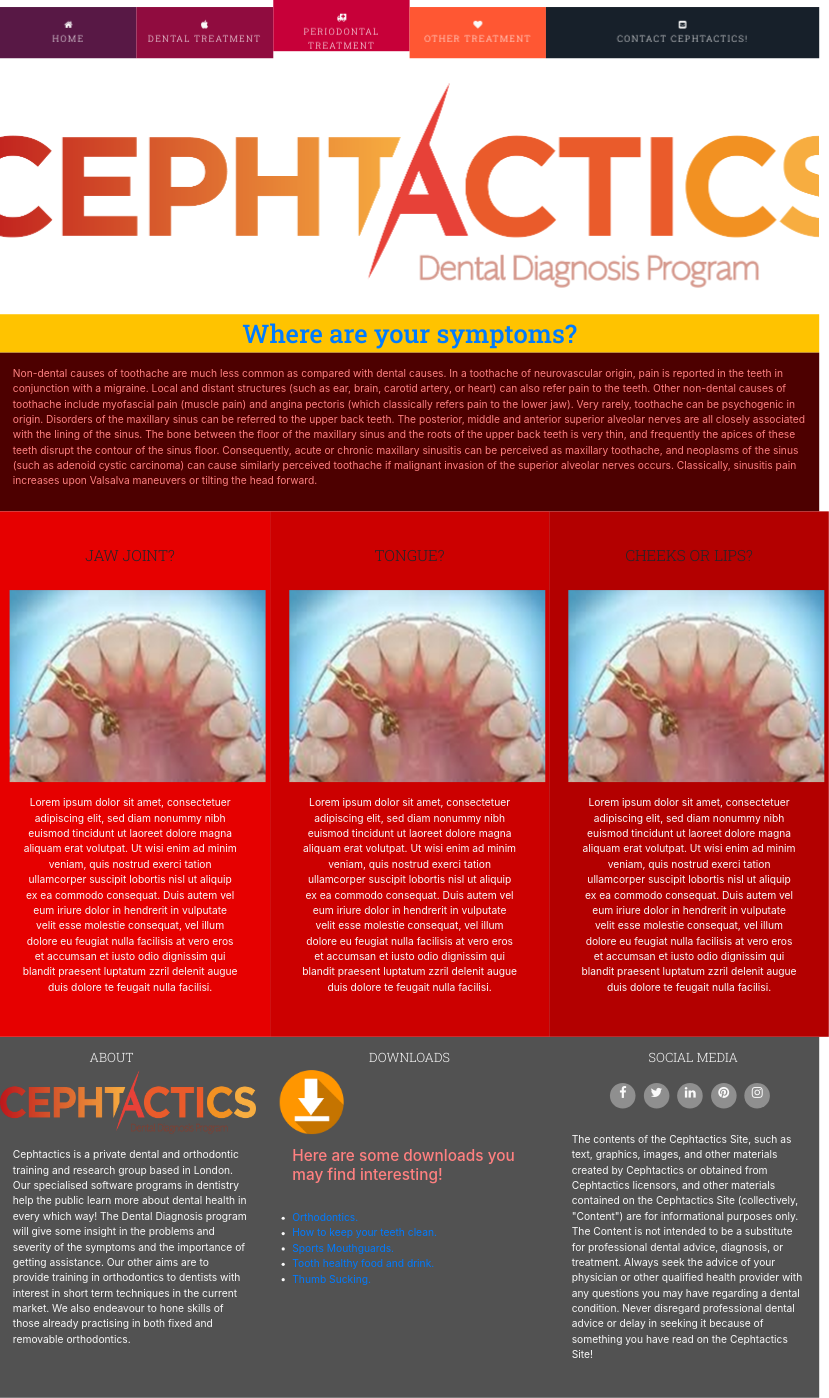
Repository: Code-Institute-Submissions/Rajjabbal-milestone-project
Page: 3other.html
The author's editor kept a record of every edit. The page is drawn from the files as they stood at one moment, then again after the next edit.
The browser window is 1280 px wide. The page is 1295 px wide, so the pictures cover 1295 px, including what lies to the right of the window. The pictures show the whole page, at 64% of full size.
Some web libraries are served in a nearby version.

Above is the page before.

### 3other.html
<!DOCTYPE html>
<html lang="en">

<head>
    <meta charset="UTF-8">
    <meta name="viewport" content="width=device-width, initial-scale=1.0">
    <meta http-equiv="X-UA-Compatible" content="ie=edge">
    <link rel="stylesheet" href="https://stackpath.bootstrapcdn.com/bootstrap/4.2.1/css/bootstrap.min.css" type="text/css" />
    <link rel="stylesheet" href="https://stackpath.bootstrapcdn.com/font-awesome/4.7.0/css/font-awesome.min.css" type="text/css" />
    <link rel="stylesheet" href="assets/css/style.css" type="text/css" />
    <link rel="stylesheet" href="https://cdnjs.cloudflare.com/ajax/libs/hover.css/2.3.1/css/hover-min.css" type="text/css" />
    <title>Milestone Project 1</title>
</head>

<body>
    <header>
        <div class="row no-gutters">
            <div class="col-md-12">
                <ul id="nav" class="list-inline menucontainer">
                    <li class="col-sm-2 ui-menu-color-home list-inline-item menuitem">
                        <a href="#" class="hvr-sweep-to-bottom"><i class="fa fa-home" aria-hidden="true"></i><span>Home</span>
                        </a>
                    </li>
                    <li class="col-sm-2 ui-menu-color-dental list-inline-item menuitem">
                        <a href="#" class="hvr-sweep-to-bottom"><i class="fa fa-apple" aria-hidden="true"></i><span>Dental Treatment</span>
                        </a>
                    </li>
                    <li class="col-sm-2 ui-menu-color-periodontal list-inline-item menuitem">
                        <a href="#" class="hvr-sweep-to-bottom"><i class="fa fa-ambulance" aria-hidden="true"></i><span>Periodontal Treatment</span>
                        </a>
                    </li>
                    <li class="col-sm-2 ui-menu-color-other list-inline-item menuitem">
                        <a href="#" class="hvr-sweep-to-bottom"><i class="fa fa-heart" aria-hidden="true"></i><span>Other Treatment</span>
                        </a>
                    </li>
                    <li class="col-sm-4 ui-menu-color-contact list-inline-item menuitem">
                        <a href="#" class="hvr-sweep-to-bottom"><i class="fa fa-envelope-square" aria-hidden="true"></i><span>Contact Cephtactics!</span>
                        </a>
                    </li>
                </ul>
            </div>
        </div>
        <div class="row no-gutters">
            <a href="index.html" class="col-md-12 logo"></a>
        </div>
        <div class="row no-gutters bg-color-question">
            <div class="col-md-12 question">
                <a href="question"> Where are your symptoms?</a>
            </div>
        </div>

    </header>

    <section class="container-fluid">
        <div class="blurb">
            <p>Non-dental causes of toothache are much less common as compared with dental causes. In a toothache of neurovascular origin, pain is reported in the teeth in conjunction with a migraine. Local and distant structures (such as ear, brain, carotid
                artery, or heart) can also refer pain to the teeth. Other non-dental causes of toothache include myofascial pain (muscle pain) and angina pectoris (which classically refers pain to the lower jaw). Very rarely, toothache can be
                psychogenic in origin. Disorders of the maxillary sinus can be referred to the upper back teeth. The posterior, middle and anterior superior alveolar nerves are all closely associated with the lining of the sinus. The bone between
                the floor of the maxillary sinus and the roots of the upper back teeth is very thin, and frequently the apices of these teeth disrupt the contour of the sinus floor. Consequently, acute or chronic maxillary sinusitis can be perceived as
                maxillary toothache, and neoplasms of the sinus (such as adenoid cystic carcinoma) can cause similarly perceived toothache if malignant invasion of the superior alveolar nerves occurs. Classically, sinusitis pain increases
                upon Valsalva maneuvers or tilting the head forward.
            </p>
        </div>

        <div class="row">
            <div class="col-md-4 bg-color-dental section-column">
                <h4 class="section-heading uppercase">Jaw Joint?</h4>
                <img src="./assets/images/Image.png" alt="Italian Trulli" style="width:400px; height:300px;">
                <p class="inline-block">Lorem ipsum dolor sit amet, consectetuer adipiscing elit, sed diam nonummy nibh euismod tincidunt ut laoreet dolore magna aliquam erat volutpat. Ut wisi enim ad minim veniam, quis nostrud exerci tation ullamcorper suscipit lobortis nisl
                    ut aliquip ex ea commodo consequat. Duis autem vel eum iriure dolor in hendrerit in vulputate velit esse molestie consequat, vel illum dolore eu feugiat nulla facilisis at vero eros et accumsan et iusto odio dignissim qui blandit praesent
                    luptatum zzril delenit augue duis dolore te feugait nulla facilisi.</p>
            </div>
            <div class="col-md-4 bg-color-periodontal section-column">
                <h4 class="section-heading uppercase">Tongue?</h4>
                <img src="./assets/images/Image.png" alt="Italian Trulli" style="width:400px; height:300px;">
                <p class="inline-block">Lorem ipsum dolor sit amet, consectetuer adipiscing elit, sed diam nonummy nibh euismod tincidunt ut laoreet dolore magna aliquam erat volutpat. Ut wisi enim ad minim veniam, quis nostrud exerci tation ullamcorper suscipit lobortis nisl
                    ut aliquip ex ea commodo consequat. Duis autem vel eum iriure dolor in hendrerit in vulputate velit esse molestie consequat, vel illum dolore eu feugiat nulla facilisis at vero eros et accumsan et iusto odio dignissim qui blandit praesent
                    luptatum zzril delenit augue duis dolore te feugait nulla facilisi.</p>
            </div>
            <div class="col-md-4 bg-color-other section-column">
                <h4 class="section-heading uppercase">Cheeks or lips?</h4>
                <img src="./assets/images/Image.png" alt="Italian Trulli" style="width:400px; height:300px;">
                <p class="inline-block">Lorem ipsum dolor sit amet, consectetuer adipiscing elit, sed diam nonummy nibh euismod tincidunt ut laoreet dolore magna aliquam erat volutpat. Ut wisi enim ad minim veniam, quis nostrud exerci tation ullamcorper suscipit lobortis nisl
                    ut aliquip ex ea commodo consequat. Duis autem vel eum iriure dolor in hendrerit in vulputate velit esse molestie consequat, vel illum dolore eu feugiat nulla facilisis at vero eros et accumsan et iusto odio dignissim qui blandit praesent
                    luptatum zzril delenit augue duis dolore te feugait nulla facilisi.</p>
            </div>
        </div>

    </section>

    <footer class="container-fluid">
        <div class="row">
            <div class="col-sm-4">
                <h5 class="uppercase general-sub">About</h5>
                <img src="./assets/images/CEP-Logo DENTAL.png" alt="Italian Trulli" style="width:400px; height:100px;">
                <p class="inline-block">
                    Cephtactics is a private dental and orthodontic training and research group based in London. Our specialised software programs in dentistry help the public learn more about dental health in every which way! The Dental Diagnosis program will give some
                    insight in the problems and severity of the symptoms and the importance of getting assistance. Our other aims are to provide training in orthodontics to dentists with interest in short term techniques in the current market. We also
                    endeavour to hone skills of those already practising in both fixed and removable orthodontics.
                </p>
            </div>
            <div class="col-sm-4">
                <h5 class="uppercase general-sub">Downloads</h5>
                <img src="./assets/images/Download.jpg" alt="Italian Trulli" style="width:100px; height:100px;">
                <h4 class="download">Here are some downloads you may find interesting!
                </h4>
                <ul class="inline-block">
                    <li>
                        <a href="https://view.publitas.com/british-orthodontic-society/orthotreatmentfebruary2019/page/1" target="_blank" class="link1">
                        <span>Orthodontics.</span>
                    </a>
                    </li>
                    <li>
                        <a href="https://view.publitas.com/british-orthodontic-society/oralhealthmarch2019/page/1" target="_blank" class="link2">
                        <span>How to keep your teeth clean.</span>
                    </a>
                    </li>
                    <li>
                        <a href="https://view.publitas.com/british-orthodontic-society/mouthguardsmarch2019/page/1" target="_blank" class="link3">
                        <span>Sports Mouthguards.</span>
                    </a>
                    </li>
                    <li>
                        <a href="https://view.publitas.com/british-orthodontic-society/food-and-drinkmarch2019/page/1" target="_blank" class="link4">
                        <span>Tooth healthy food and drink.</span>
                    </a>
                    </li>
                    <li>
                        <a href="https://view.publitas.com/british-orthodontic-society/digitsmarch2019/page/1" target="_blank" class="link5">
                        <span>Thumb Sucking.</span>
                    </a>
                    </li>
                </ul>
            </div>
            <div class="col-sm-4">
                <h5 class="uppercase general-sub">Social Media</h5>
                <ul class="list-inline social-links">
                    <li class="list-inline-item">
                        <a target="_blank" href="#">
                            <i class="fa fa-facebook" aria-hidden="true"></i>
                            <span class="sr-only">Facebook</span>
                        </a>
                    </li>
                    <li class="list-inline-item">
                        <a target="_blank" href="#">
                            <i class="fa fa-twitter" aria-hidden="true"></i>
                            <span class="sr-only">Twitter</span>
                        </a>
                    </li>
                    <li class="list-inline-item">
                        <a target="_blank" href="#">
                            <i class="fa fa-linkedin" aria-hidden="true"></i>
                            <span class="sr-only">Linkedin</span>
                        </a>
                    </li>
                    <li class="list-inline-item">
                        <a target="_blank" href="#">
                            <i class="fa fa-pinterest" aria-hidden="true"></i>
                            <span class="sr-only">Pinterest</span>
                        </a>
                    </li>
                    <li class="list-inline-item">
                        <a target="_blank" href="#">
                            <i class="fa fa-instagram" aria-hidden="true"></i>
                            <span class="sr-only">Instagram</span>
                        </a>
                    </li>
                </ul>
                <p class="inline-block">The contents of the Cephtactics Site, such as text, graphics, images, and other materials created by Cephtactics or obtained from Cephtactics licensors, and other materials contained on the Cephtactics Site (collectively, "Content") are
                    for informational purposes only. The Content is not intended to be a substitute for professional dental advice, diagnosis, or treatment. Always seek the advice of your physician or other qualified health provider with any questions
                    you may have regarding a dental condition. Never disregard professional dental advice or delay in seeking it because of something you have read on the Cephtactics Site!</p>
            </div>

        </div>

    </footer>

</body>

</html>

### assets/css/style.css
@import url('https://fonts.googleapis.com/css?family=Roboto+Slab:100,200,300,400,500,600,700');

/*-----colors-----*/

.bg-color-question {
    background-color: #FFC300;

}

.ui-menu-color-home {
    background-color: RGB(88, 24, 69);
}

.ui-menu-color-dental {
    background-color: RGB(144, 12, 63);
}

.ui-menu-color-periodontal {
    background-color: RGB(199, 0, 57);
}

.ui-menu-color-other {
    background-color: RGB(255, 87, 51);
}

.ui-menu-color-contact {
    background-color: RGB(23, 32, 42);
}

.bg-color-dental {
    background-color: #e60000;
}
.bg-color-periodontal {
    background-color: #cc0000;
}
.bg-color-other {
    background-color: #b30000;
}

/*-----Special paddings/margins/text-----*/

h1,
h2,
h3,
h4 {
    margin: 0;
}

.uppercase {
    text-transform: uppercase;

}

.general-sub {
    font-family: "Roboto Slab", sans-serif;
    font-weight: 300;
    color: #fafafa;
    padding-left: 140px;
}

.inline-block {
    display: inline-block;
}

.row-table {
    display: table;
}

.section-column {
    display: table-cell;
    padding: 30px 30px;
    float: none;
}

.section-heading {
    font-family: "Roboto Slab", sans-serif;
    font-weight: 300;
    margin-top: 25px;
    margin-bottom: 40px;
}

/*-----heading-----*/

header {
    margin: 0px;
}


.list-inline-item {
    max-height: 80px;
    padding-top: 20px;


}

.menucontainer {
    font-size: 0;

}

#nav {
    margin: 0;
}

#nav li {
    font-size: 14px;
    font-family: "Roboto Slab", sans-serif;
    color: #DAF7A6;
    padding: 0px;
    margin: 0px;
}

.menuitem {
    height: 80px;
    text-align: center;


}

.menuitem a {
    width: 100%;
    text-decoration: none;
    color: #fff;

}

.menuitem a i {
    padding-top: 20px;
    display: block;
    color: #fafafa;

}

.menuitem span {
    display: block;
    width: 100%;
    padding-top: 5px;
    text-align: center;
    text-transform: uppercase;
    font-size: 14px;
    font-weight: 300;
    letter-spacing: 2px;

}



.logo {
    background: url("../images/CEP-Logo DENTAL.png");
    background-position: center;
    background-repeat: no-repeat;
    background-size: 1400px;
    min-height: 400px;
    padding: 0px;
    transition: all .5s ease-in-out;
    -moz-transition: all .5s ease-in-out;
    -webkit-transition: all .5s ease-in-out;
}

.picture {
    background: url("../images/BK.jpg");
    background-position: center;
    background-repeat: no-repeat;
    background-size: cover;
    min-height: 240px;
    transition: all .5s ease-in-out;
    -moz-transition: .5s ease-in-out;
    -webkit-transition: .5s ease-in-out;
}

.question {
    font-family: "Roboto Slab", sans-serif;
    font-weight: 500;
    font-size: 40px;
    margin: 0px;
    color: #ffffff;
    text-align: center;
}

/*-----hover.css-----*/

.hvr-sweep-to-bottom:before {
    background: rgba(0, 0, 0, 1);
    height: 80px;
    padding: 0px;
}

/*-----section-----*/

.container-fluid {
    padding-left: 0px;
    padding-right: 0px;
}

.blurb {
    background-color: #4d0000;
    min-height: 200px;
    padding: 20px;
    color: #ff8080;

}

.section-column {
    text-align: center
}

.form {
    padding: 50px;
}

.query-box {
    background-color: RGB(255, 87, 51);
}

#textboxid
{
    height:200px;
    width: 800px;

}

/*-----footer-----*/

footer {
    padding: 20px;
    background-color: #525252;
    color: #fafafa;
    min-height: 180px;
    margin: 0;
}

.cephtactics {
    padding-left: 20px;
}

.inline-block {
    padding: 20px;
    color: #fafafa;
}

.download {
    padding: 20px;
    color: #ff8080;
}

.download-pic {
    padding-left: 150px;
}

.social-links {
    padding-top: 0px;
    padding-left: 80px;
}

.social-links li a i {
    width: 40px;
    height: 40px;
    padding: 12px 0;
    border-radius: 50%;
    font-size: 20px;
    line-height: 7px;
    text-align: center;
    color: #fafafa;
    background: #8f8f8f;
    transition: all 0.35s ease-in-out;
    -moz-transition: all 0.35s ease-in-out;
    -webkit-transition: all 0.35s ease-in-out;
    -o-transition: all 0.35s ease-in-out;
}

.social-links li a i:hover {
    background: #e84610;
}

#footer-details {
    padding: 20px;
}

After the next edit:
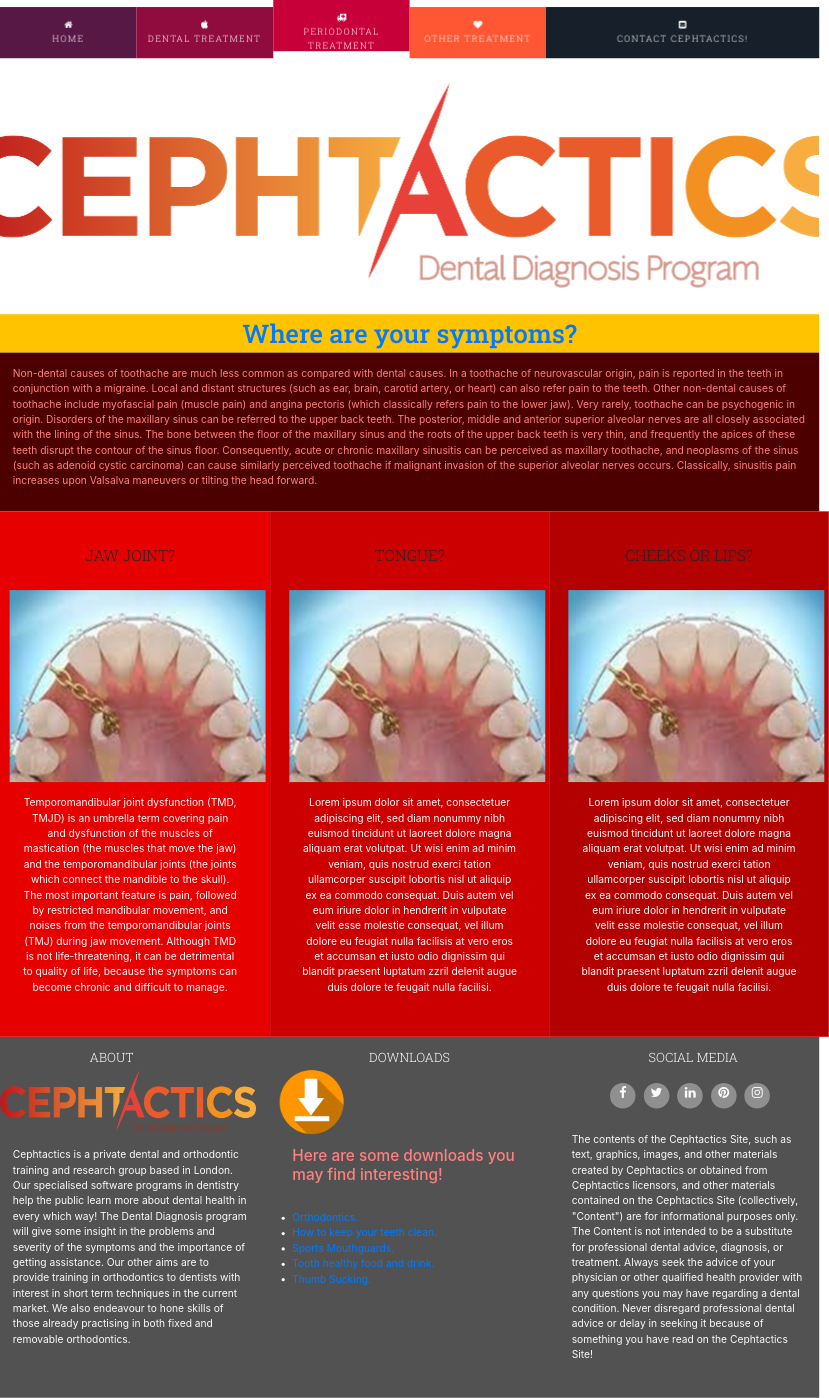
The edit:
--- a/3other.html
+++ b/3other.html
@@ -54,11 +54,11 @@
     <section class="container-fluid">
         <div class="blurb">
             <p>Non-dental causes of toothache are much less common as compared with dental causes. In a toothache of neurovascular origin, pain is reported in the teeth in conjunction with a migraine. Local and distant structures (such as ear, brain, carotid
-                artery, or heart) can also refer pain to the teeth. Other non-dental causes of toothache include myofascial pain (muscle pain) and angina pectoris (which classically refers pain to the lower jaw). Very rarely, toothache can be
-                psychogenic in origin. Disorders of the maxillary sinus can be referred to the upper back teeth. The posterior, middle and anterior superior alveolar nerves are all closely associated with the lining of the sinus. The bone between
-                the floor of the maxillary sinus and the roots of the upper back teeth is very thin, and frequently the apices of these teeth disrupt the contour of the sinus floor. Consequently, acute or chronic maxillary sinusitis can be perceived as
-                maxillary toothache, and neoplasms of the sinus (such as adenoid cystic carcinoma) can cause similarly perceived toothache if malignant invasion of the superior alveolar nerves occurs. Classically, sinusitis pain increases
-                upon Valsalva maneuvers or tilting the head forward.
+                artery, or heart) can also refer pain to the teeth. Other non-dental causes of toothache include myofascial pain (muscle pain) and angina pectoris (which classically refers pain to the lower jaw). Very rarely, toothache can be psychogenic
+                in origin. Disorders of the maxillary sinus can be referred to the upper back teeth. The posterior, middle and anterior superior alveolar nerves are all closely associated with the lining of the sinus. The bone between the floor of the
+                maxillary sinus and the roots of the upper back teeth is very thin, and frequently the apices of these teeth disrupt the contour of the sinus floor. Consequently, acute or chronic maxillary sinusitis can be perceived as maxillary toothache,
+                and neoplasms of the sinus (such as adenoid cystic carcinoma) can cause similarly perceived toothache if malignant invasion of the superior alveolar nerves occurs. Classically, sinusitis pain increases upon Valsalva maneuvers or tilting
+                the head forward.
             </p>
         </div>
 
@@ -66,9 +66,9 @@
             <div class="col-md-4 bg-color-dental section-column">
                 <h4 class="section-heading uppercase">Jaw Joint?</h4>
                 <img src="./assets/images/Image.png" alt="Italian Trulli" style="width:400px; height:300px;">
-                <p class="inline-block">Lorem ipsum dolor sit amet, consectetuer adipiscing elit, sed diam nonummy nibh euismod tincidunt ut laoreet dolore magna aliquam erat volutpat. Ut wisi enim ad minim veniam, quis nostrud exerci tation ullamcorper suscipit lobortis nisl
-                    ut aliquip ex ea commodo consequat. Duis autem vel eum iriure dolor in hendrerit in vulputate velit esse molestie consequat, vel illum dolore eu feugiat nulla facilisis at vero eros et accumsan et iusto odio dignissim qui blandit praesent
-                    luptatum zzril delenit augue duis dolore te feugait nulla facilisi.</p>
+                <p class="inline-block">Temporomandibular joint dysfunction (TMD, TMJD) is an umbrella term covering pain and dysfunction of the muscles of mastication (the muscles that move the jaw) and the temporomandibular joints (the joints which connect the mandible to
+                    the skull). The most important feature is pain, followed by restricted mandibular movement, and noises from the temporomandibular joints (TMJ) during jaw movement. Although TMD is not life-threatening, it can be detrimental to quality
+                    of life, because the symptoms can become chronic and difficult to manage.</p>
             </div>
             <div class="col-md-4 bg-color-periodontal section-column">
                 <h4 class="section-heading uppercase">Tongue?</h4>
